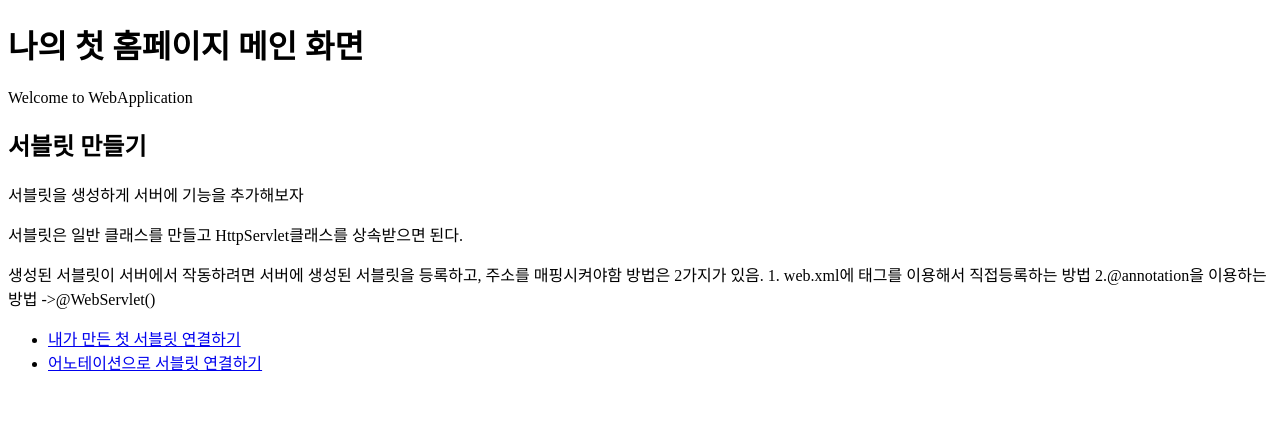
Repository: Jiwon-cho/WASPractice
Page: 01_basicservlet/web/index.html
The author's editor kept a copy of each file at every save. The page is drawn from the files as they stood at one save, then again after the next save.
The browser window is 1280 px wide. The pictures show the whole page.

Above is the page before, as saved 2021-04-30 07:09:58.

### 01_basicservlet/web/index.html
<!DOCTYPE html>
<html>
<head>
<meta charset="UTF-8">
<title>나의 첫 서버 페이지</title>
</head>
<body>
	<h1>나의 첫 홈페이지 메인 화면</h1>
	<p>Welcome to WebApplication</p>
	<h2>서블릿 만들기</h2>
	<p>서블릿을 생성하게 서버에 기능을 추가해보자</p>
	<p>서블릿은 일반 클래스를 만들고 HttpServlet클래스를 상속받으면 된다.</p>
	<p>
	생성된 서블릿이 서버에서 작동하려면 서버에 생성된 서블릿을 등록하고, 주소를 매핑시켜야함
	방법은 2가지가 있음.
	1. web.xml에 태그를 이용해서 직접등록하는 방법
	2.@annotation을 이용하는 방법 ->@WebServlet()
	</p>
	<ul>
	<li><a href="test">내가 만든 첫 서블릿 연결하기</a>
	<li><a href="anno">어노테이션으로 서블릿 연결하기</a></li>
	</ul>




</body>
</html>

After the next save:
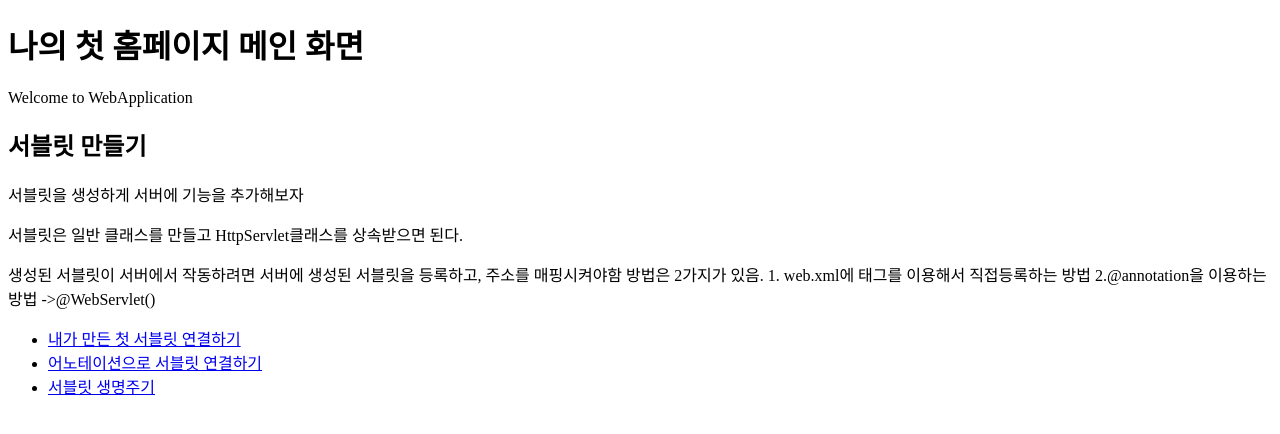
Saved 1 s later.
--- a/01_basicservlet/web/index.html
+++ b/01_basicservlet/web/index.html
@@ -19,6 +19,7 @@
 	<ul>
 	<li><a href="test">내가 만든 첫 서블릿 연결하기</a>
 	<li><a href="anno">어노테이션으로 서블릿 연결하기</a></li>
+	<li><a href="life.do">서블릿 생명주기</a></li>
 	</ul>
 
 
